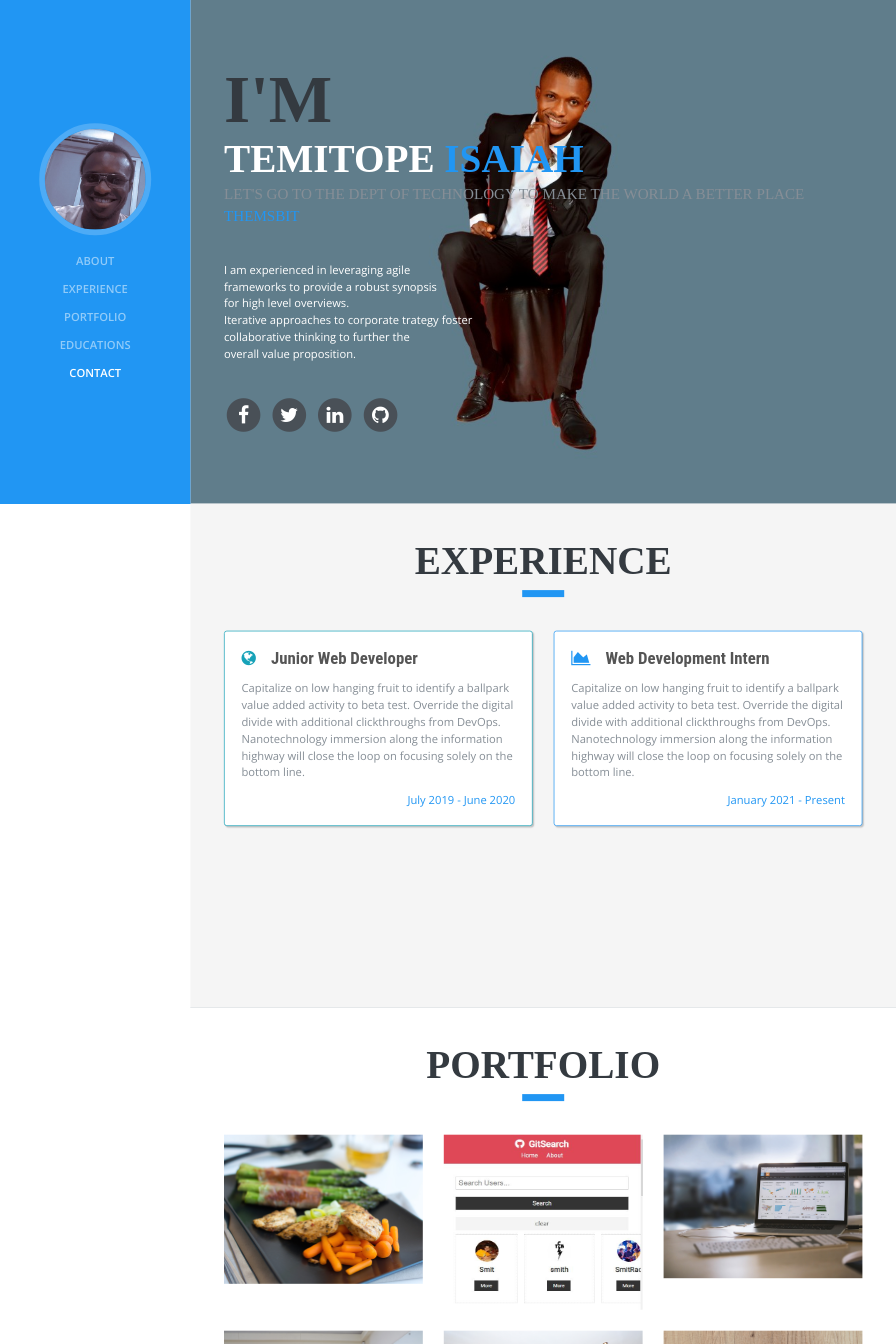
Repository: smit1298/portfolio
Page: index.html
The author's editor kept a copy of each file at every save. The page is drawn from the files as they stood at one save, then again after the next save.
The browser window is 1280 px wide. The pictures show the part of the page from y = 0 to 1920 px (the page is 4819 px tall), at 70% of full size.
Some web fonts or font styles are not loaded; a fallback is used.

Above is the page before, as saved 2021-06-28 18:01:56.

After the next save:
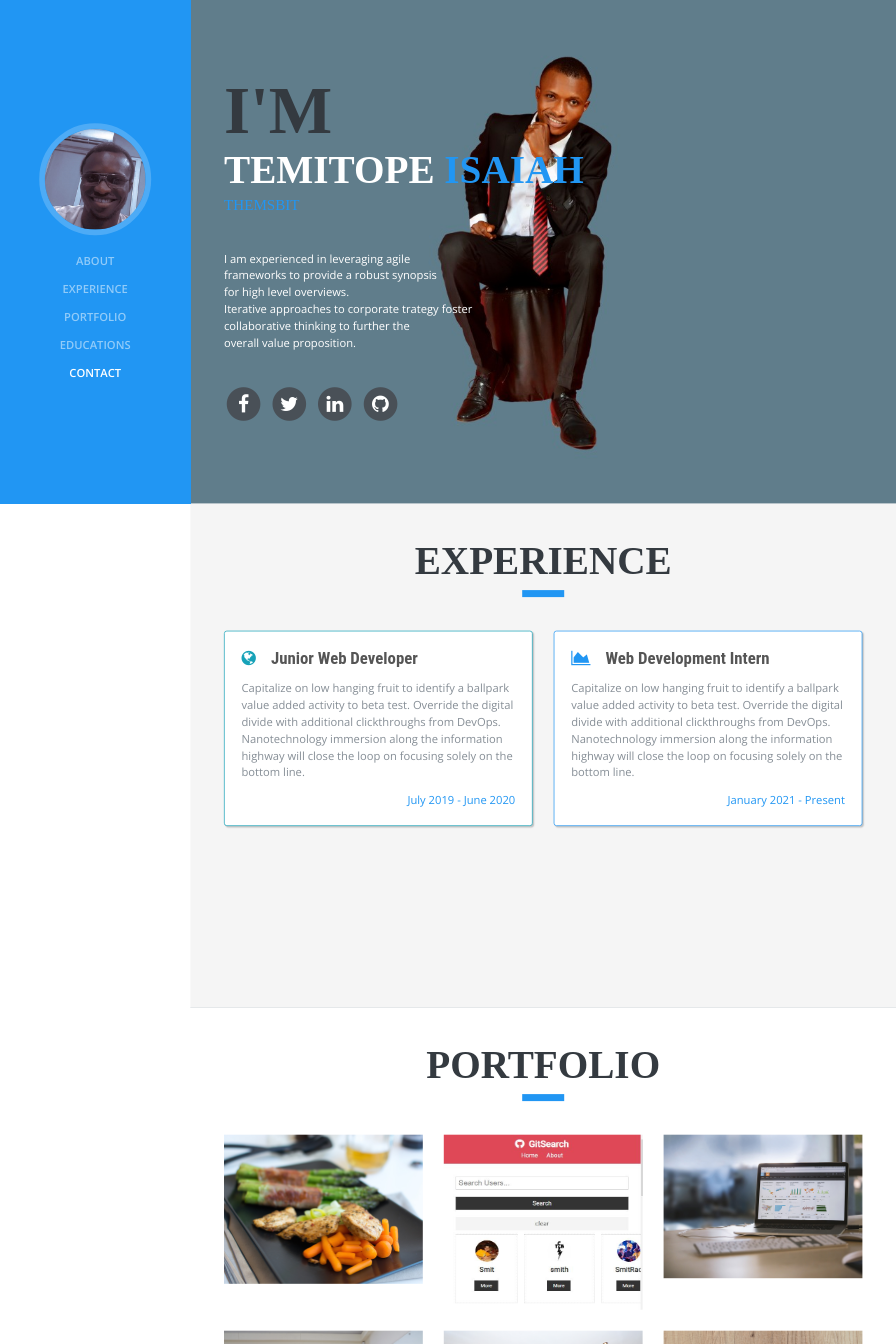
Saved 42 s later.
--- a/index.html
+++ b/index.html
@@ -99,7 +99,6 @@
             <span class="text-primary">Isaiah</span>
           </h2>
           <div class="subheading mb-5">
-            LET'S GO TO THE DEPT OF TECHNOLOGY TO MAKE THE WORLD A BETTER PLACE
             <a href="#">THEMSBIT</a>
           </div>
           <p class="mb-5" style="max-width: 500px">
